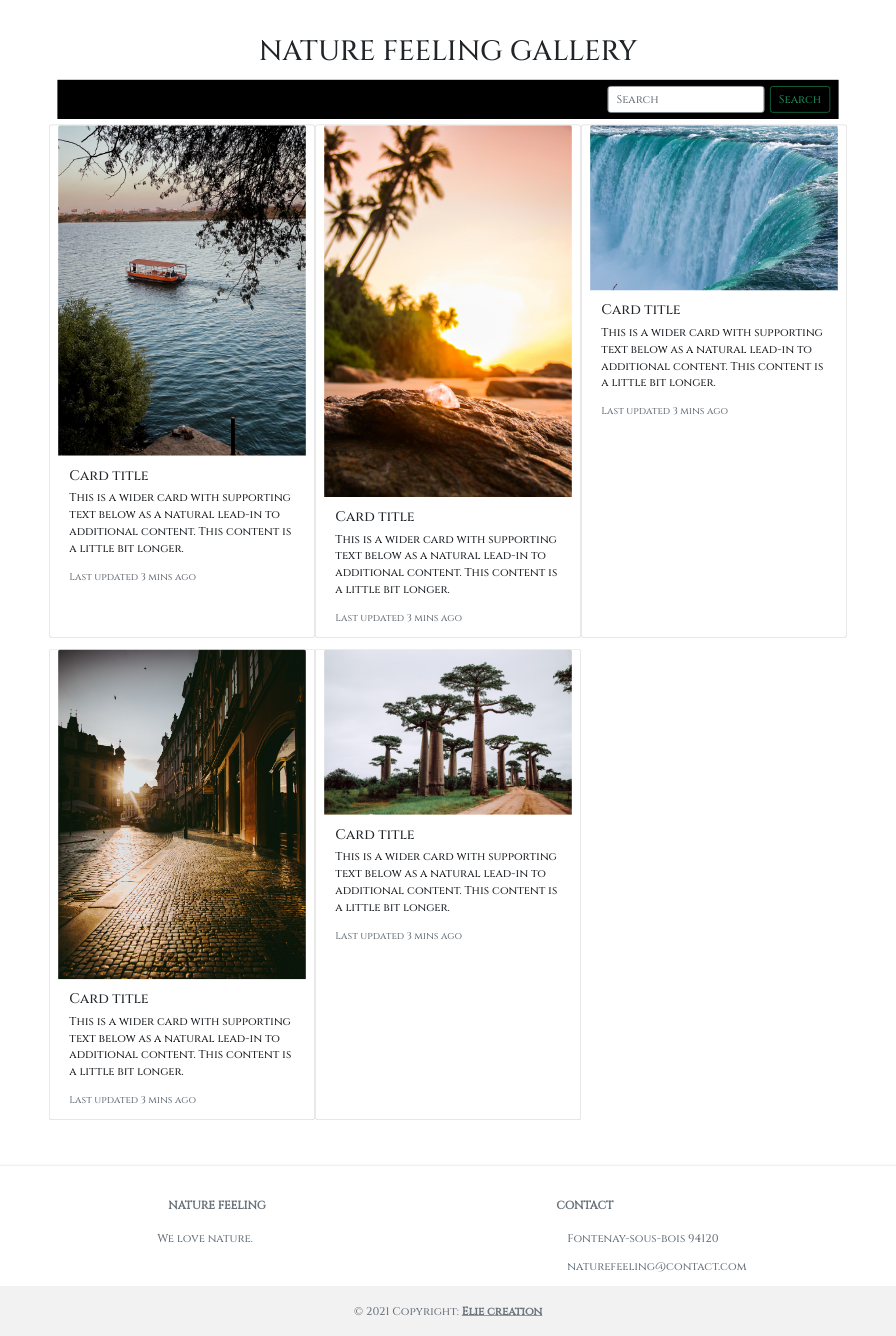
Repository: Elie-Dey/boot-start
Page: gallery.html
The author's editor kept a copy of each file at every save. The page is drawn from the files as they stood at one save, then again after the next save.
The browser window is 1280 px wide. The pictures show the whole page, at 70% of full size.
Some web fonts or font styles are not loaded; a fallback is used.

Above is the page before, as saved 2021-08-19 18:58:15.

### gallery.html
<!DOCTYPE html>
<html lang="en">
  <head>
    <meta charset="UTF-8" />
    <meta http-equiv="X-UA-Compatible" content="IE=edge" />
    <meta name="viewport" content="width=device-width, initial-scale=1.0" />
    <link rel="stylesheet" href="style.css" />
    <link rel="preconnect" href="https://fonts.googleapis.com" />
    <link rel="preconnect" href="https://fonts.gstatic.com" crossorigin />
    <link
      href="https://fonts.googleapis.com/css2?family=Cinzel:wght@500&family=Style+Script&display=swap"
      rel="stylesheet"
    />
    <link
      href="https://cdn.jsdelivr.net/npm/bootstrap@5.1.0/dist/css/bootstrap.min.css"
      rel="stylesheet"
      integrity="sha384-KyZXEAg3QhqLMpG8r+8fhAXLRk2vvoC2f3B09zVXn8CA5QIVfZOJ3BCsw2P0p/We"
      crossorigin="anonymous"
    />
    <title>Nature gallery</title>
  </head>
  <body>
    <div class="container">
      <h1 class="titre text-center pb-2 text-uppercase">
        Nature Feeling Gallery
      </h1>
      <!--bar de navigation -->
      <nav class="navbar navbar-expand-lg navbar-light bg-black mb-2">
        <div class="container-fluid">
          <a class="navbar-brand" href="index.html">MON LOGO</a>
          <button
            class="navbar-toggler"
            type="button"
            data-bs-toggle="collapse"
            data-bs-target="#navbarSupportedContent"
            aria-controls="navbarSupportedContent"
            aria-expanded="false"
            aria-label="Toggle navigation"
          >
            <span class="navbar-toggler-icon"></span>
          </button>
          <div class="collapse navbar-collapse" id="navbarSupportedContent">
            <ul class="navbar-nav me-auto mb-2 mb-lg-0">
              <li class="nav-item">
                <a class="nav-link active" aria-current="page" href="#">Home</a>
              </li>
              <li class="nav-item">
                <a class="nav-link" href="#">Nature</a>
              </li>

              <li class="nav-item">
                <a class="nav-link" href="#" tabindex="-1" aria-disabled="true"
                  >About</a
                >
              </li>
            </ul>
            <form class="d-flex">
              <input
                class="form-control me-2"
                type="search"
                placeholder="Search"
                aria-label="Search"
              />
              <button class="btn btn-outline-success" type="submit">
                Search
              </button>
            </form>
          </div>
        </div>
      </nav>
      <!--bar de navigation -->

      <div class="row">
        <!--Images cards-->
        <div class="card mb-3 col-md-6 col-xl-4">
          <img
            src="images/ahmed-babiker-X8U9Hzxy7cE-unsplash.jpg"
            class="card-img-top"
            alt="..."
          />
          <div class="card-body">
            <h5 class="card-title">Card title</h5>
            <p class="card-text">
              This is a wider card with supporting text below as a natural
              lead-in to additional content. This content is a little bit
              longer.
            </p>
            <p class="card-text">
              <small class="text-muted">Last updated 3 mins ago</small>
            </p>
          </div>
        </div>
        <div class="card mb-3 col-md-6 col-xl-4">
          <img
            src="images/florian-wehde-_2ECGFr12LM-unsplash.jpg"
            class="card-img-top"
            alt="..."
          />
          <div class="card-body">
            <h5 class="card-title">Card title</h5>
            <p class="card-text">
              This is a wider card with supporting text below as a natural
              lead-in to additional content. This content is a little bit
              longer.
            </p>
            <p class="card-text">
              <small class="text-muted">Last updated 3 mins ago</small>
            </p>
          </div>
        </div>
        <div class="card mb-3 col-md-6 col-xl-4">
          <img
            src="images/vince-veras-4xzIo1d5esI-unsplash.jpg"
            class="card-img-top"
            alt="..."
          />
          <div class="card-body">
            <h5 class="card-title">Card title</h5>
            <p class="card-text">
              This is a wider card with supporting text below as a natural
              lead-in to additional content. This content is a little bit
              longer.
            </p>
            <p class="card-text">
              <small class="text-muted">Last updated 3 mins ago</small>
            </p>
          </div>
        </div>
        <div class="card mb-3 col-md-6 col-xl-4">
          <img
            src="images/kevin-andre-9Q1t_docbak-unsplash.jpg"
            class="card-img-top"
            alt="..."
          />
          <div class="card-body">
            <h5 class="card-title">Card title</h5>
            <p class="card-text">
              This is a wider card with supporting text below as a natural
              lead-in to additional content. This content is a little bit
              longer.
            </p>
            <p class="card-text">
              <small class="text-muted">Last updated 3 mins ago</small>
            </p>
          </div>
        </div>
        <div class="card mb-3 col-md-6 col-xl-4">
          <img
            src="images/graphic-node-yPSbirjJWzs-unsplash.jpg"
            class="card-img-top"
            alt="..."
          />
          <div class="card-body">
            <h5 class="card-title">Card title</h5>
            <p class="card-text">
              This is a wider card with supporting text below as a natural
              lead-in to additional content. This content is a little bit
              longer.
            </p>
            <p class="card-text">
              <small class="text-muted">Last updated 3 mins ago</small>
            </p>
          </div>
        </div>

        <!--Images cards-->
      </div>
    </div>

    <!-- Footer -->
    <footer class="text-center text-lg-start bg-white text-muted">
      <!-- Section: Social media -->
      <section
        class="
          d-flex
          justify-content-center justify-content-lg-between
          p-4
          border-bottom
        "
      ></section>
      <!-- Section: Social media -->

      <!-- Section: Links  -->
      <section class="">
        <div class="container text-center text-md-start mt-5">
          <!-- Grid row -->
          <div class="row mt-3">
            <!-- Grid column -->
            <div class="col-md-3 col-lg-4 col-xl-3 mx-auto mb-4">
              <!-- Content -->
              <h6 class="text-uppercase fw-bold mb-4">
                <i class="fas fa-gem me-3"></i>Nature Feeling
              </h6>
              <p>We love nature.</p>
            </div>

            <!-- Grid column -->
            <div class="col-md-4 col-lg-3 col-xl-3 mx-auto mb-md-0 mb-4">
              <!-- Links -->
              <h6 class="text-uppercase fw-bold mb-4">Contact</h6>
              <p><i class="fas fa-home me-3"></i> Fontenay-sous-bois 94120</p>
              <p>
                <i class="fas fa-envelope me-3"></i>
                naturefeeling@contact.com
              </p>
            </div>
            <!-- Grid column -->
          </div>
          <!-- Grid row -->
        </div>
      </section>
      <!-- Section: Links  -->

      <!-- Copyright -->
      <div
        class="text-center p-4"
        style="background-color: rgba(0, 0, 0, 0.05)"
      >
        © 2021 Copyright:
        <a class="text-reset fw-bold" href="">Elie creation</a>
      </div>
      <!-- Copyright -->
    </footer>
    <!-- Footer -->

    <script
      src="https://cdn.jsdelivr.net/npm/bootstrap@5.1.0/dist/js/bootstrap.bundle.min.js"
      integrity="sha384-U1DAWAznBHeqEIlVSCgzq+c9gqGAJn5c/t99JyeKa9xxaYpSvHU5awsuZVVFIhvj"
      crossorigin="anonymous"
    ></script>
  </body>
</html>

### style.css
.titre {
  font-family: "Cinzel", serif;
  margin-top: 50px;
}

* {
  font-family: "Cinzel", serif;
}

After the next save:
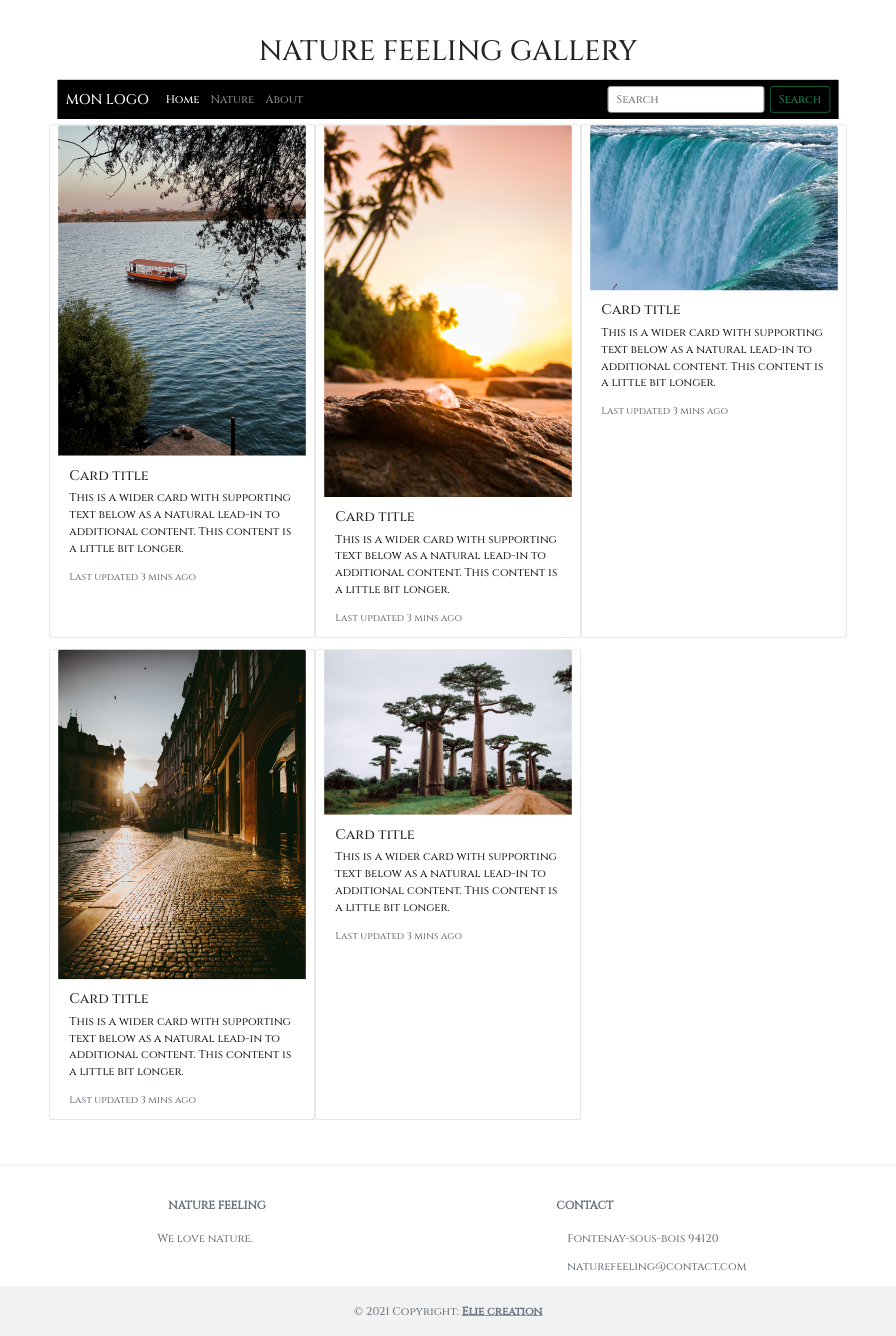
Saved 82 s later.
--- a/gallery.html
+++ b/gallery.html
@@ -25,7 +25,7 @@
         Nature Feeling Gallery
       </h1>
       <!--bar de navigation -->
-      <nav class="navbar navbar-expand-lg navbar-light bg-black mb-2">
+      <nav class="navbar navbar-expand-lg navbar-dark bg-black mb-2">
         <div class="container-fluid">
           <a class="navbar-brand" href="index.html">MON LOGO</a>
           <button
